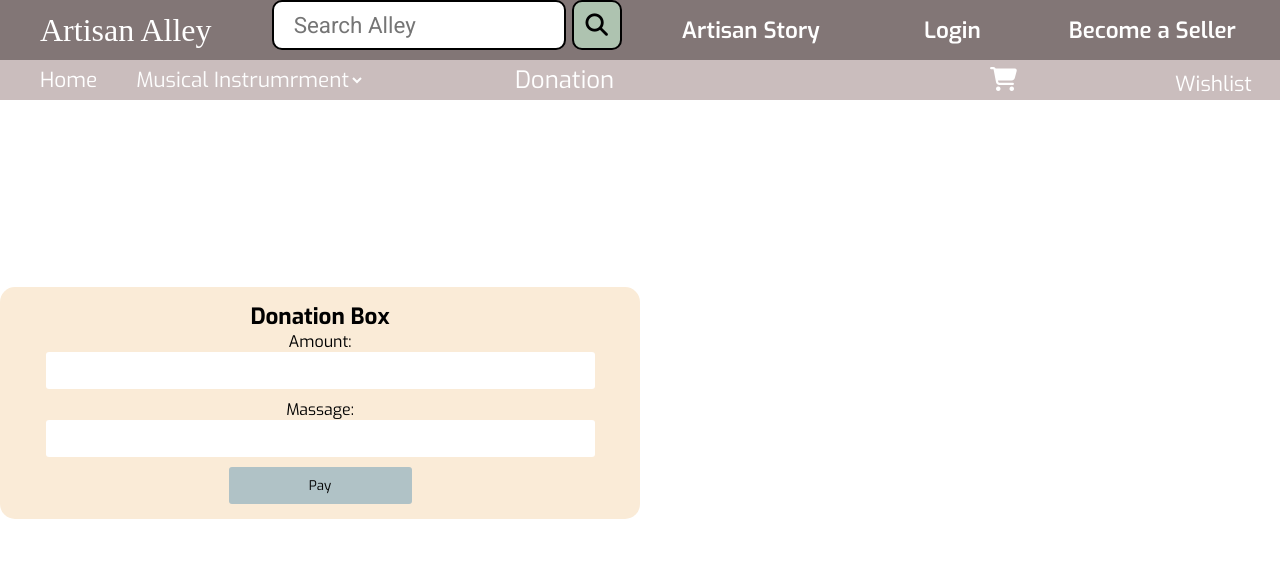
Repository: RingkhangBTY/Bytehacks_Hackathon_Project
Page: donation.html
These files come from the project's save history. The page is drawn as it stood at one moment and after a run of saves; the edit follows.
The browser window is 1280 px wide. The pictures show the whole page.
The pointer rests on the first visible `.donation-cont`.
Some web fonts or font styles are not loaded; a fallback is used.

Above is the page before, as saved 2024-11-27 10:42:05.

After the next 4 saves:
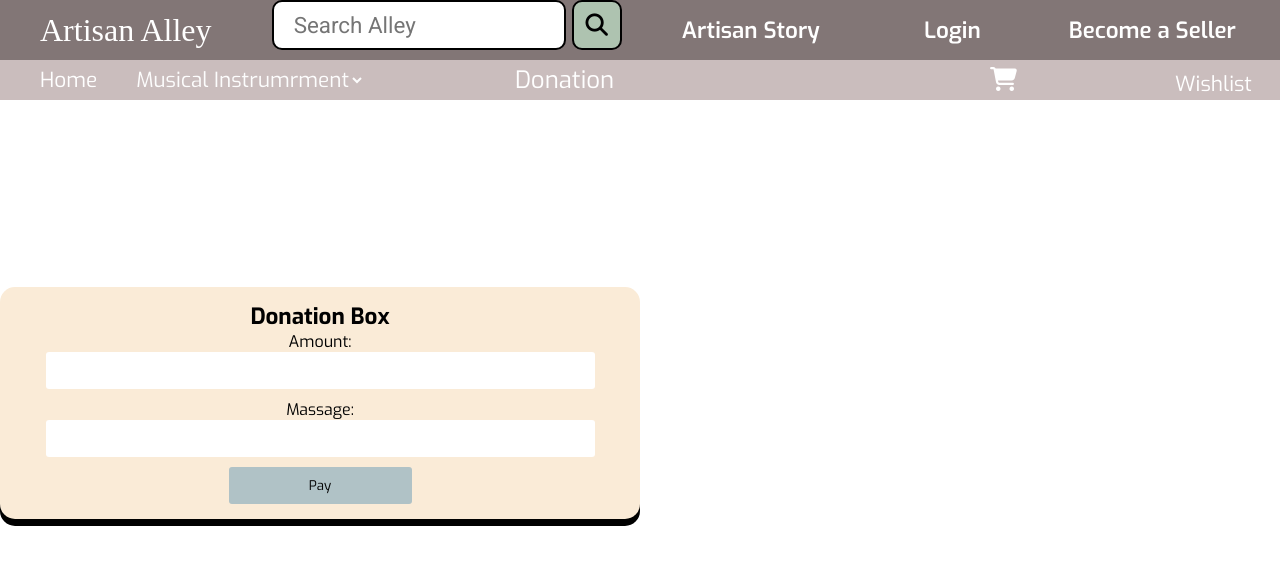
The 4 saves are shown as one change because they came seconds apart.
The last was saved 12 s later.
--- a/style.css
+++ b/style.css
@@ -291,5 +291,5 @@
 
 .donation-cont:hover{
   transform: translateY(-5px);
-  box-shadow: ;
-}
+  box-shadow: 0 7px ;
+}

After the save that followed:
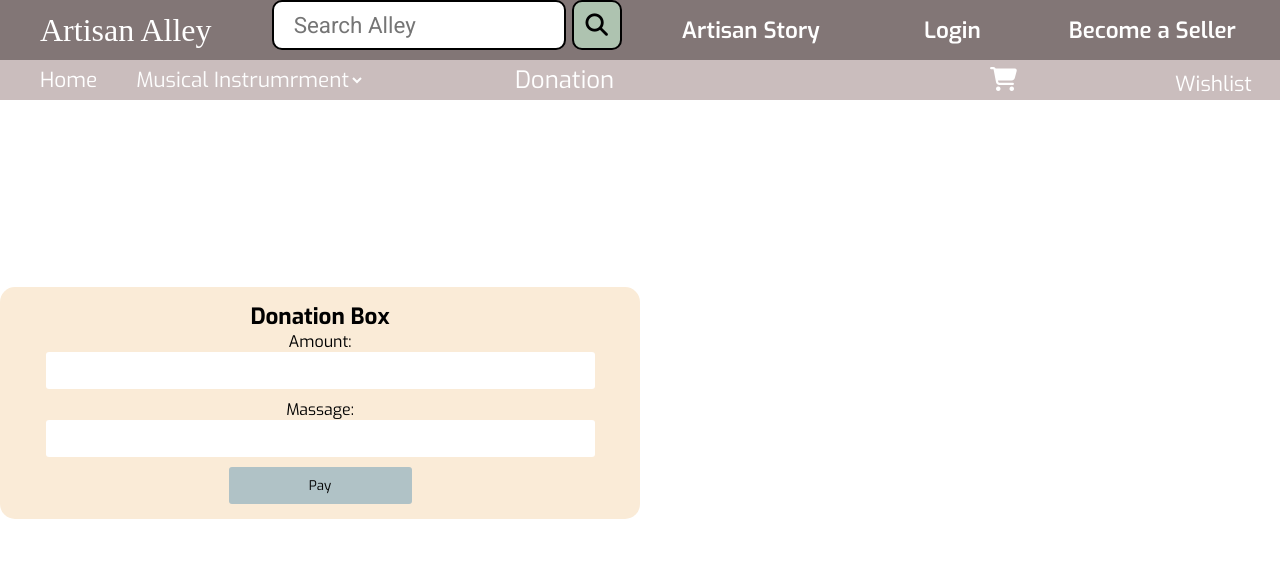
Saved 6 s later.
--- a/style.css
+++ b/style.css
@@ -291,5 +291,5 @@
 
 .donation-cont:hover{
   transform: translateY(-5px);
-  box-shadow: 0 7px ;
-}
+  box-shadow: 0 7px #rgba;
+}
